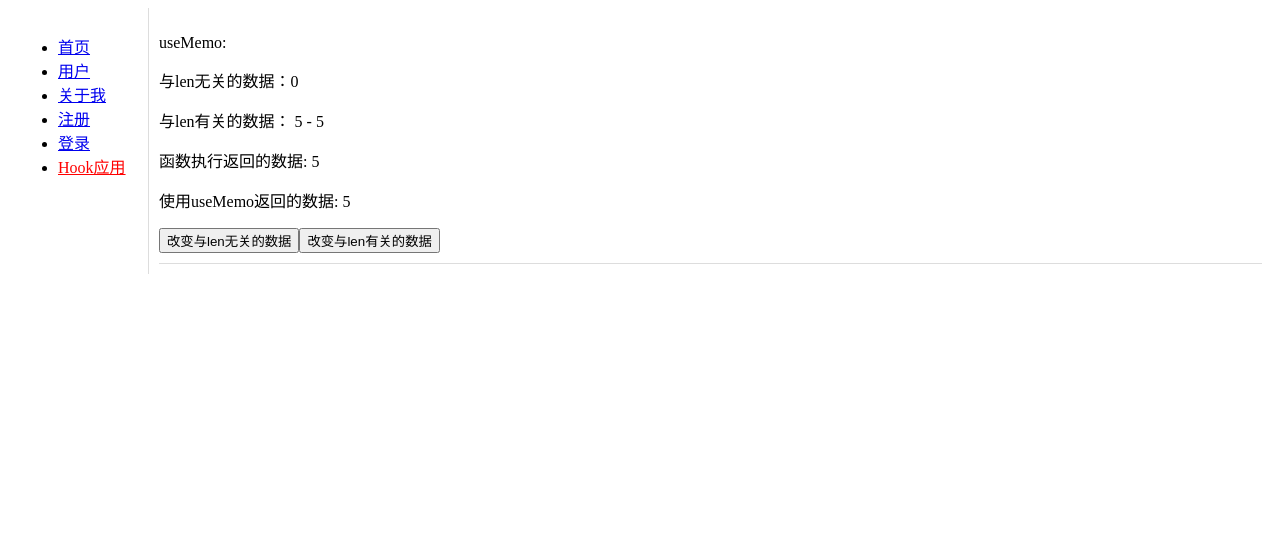
Repository: shellingfordly/js-library-Demo
Page: /hook (app in demo/react/demo/)
These files come from the project's save history. The page is drawn as it stood at one moment and after the next save; the edit follows.
The browser window is 1280 px wide. The pictures show the whole page.
The project was rebuilt for these pictures with package versions that can differ from the ones it lists, and the page was loaded fresh each time. Also part of the build but not shown: demo/react/demo/src/views/home/components/UseReducer.js, demo/react/demo/src/views/home/components/SetTimeout.js, demo/react/demo/src/views/home/hook/context.js, demo/react/demo/src/views/home/components/context/useContext.js, demo/react/demo/src/views/home/components/context/contextType.js, demo/react/demo/src/views/home/components/context/consumer.js, demo/react/demo/src/views/home/utils/highComponent.js, demo/react/demo/src/views/home/Home.js and 12 more.

Above is the page before, as saved 2021-01-18 08:33:10.

### demo/react/demo/src/index.js
import React from 'react';
import ReactDOM from 'react-dom';
import './index.css';
import App from './App';
import reportWebVitals from './reportWebVitals';
import {BrowserRouter as Route} from 'react-router-dom'

ReactDOM.render(
  <React.StrictMode>
    <Route>
      <App />
    </Route>
  </React.StrictMode>,
  document.getElementById('root')
);

// If you want to start measuring performance in your app, pass a function
// to log results (for example: reportWebVitals(console.log))
// or send to an analytics endpoint. Learn more: https://bit.ly/CRA-vitals
reportWebVitals();

### demo/react/demo/src/App.js

import './App.scss'
import { Component } from 'react'
import { NavLink, Route, Switch, Redirect } from 'react-router-dom'
import Home from './views/home/Home'
import About from './views/about/About'
import Register from './views/Register'
import User from './views/User'
import Login from './views/Login'
import store from './store'
import { userLogout } from './store/actions'
import Hook from './views/HookComponent'

export default class App extends Component {

  state = {
    isShow: false
  }

  componentDidMount() {
    store.subscribe(() => {
      const data = store.getState()
      this.setState({ isShow: data.isLogin })
    })
  }

  logout = () => {
    store.dispatch(userLogout())
  }


  render() {

    return (
      <div className="app">
        <div className="nav">
          <ul>
            <li>
              <NavLink to='/home'>首页</NavLink>
            </li>
            <li>
          <NavLink to='/user'>用户</NavLink>
            </li>
            <li>
          <NavLink to='/about'>关于我</NavLink>
            </li>
            <li>
          <NavLink to='/register'>注册</NavLink>
            </li>
            <li>
          <NavLink to='/login'>登录</NavLink>
            </li>
            <li>
          <NavLink to='/hook'>Hook应用</NavLink>
            </li>
          </ul>

        </div>
        <div className="content">
          <Switch>
            <Route path="/home" component={Home}></Route>
            <Route path="/user" component={User}></Route>
            <Route path="/about" component={About}></Route>
            <Route path="/register" component={Register}></Route>
            <Route path="/login" component={Login}></Route>
            <Route path="/hook" component={Hook}></Route>
            <Redirect to="/login"></Redirect>
          </Switch>
        </div>
      </div>


    )
  }
};

### demo/react/demo/src/App.scss
.app {
  // width: 80%;
  margin: auto;
  display: flex;

  .nav {
    width: 120px;
    padding: 10px;
    border-right: 1px solid #ddd;

    a {
      display: inline;
      width: 100%;
    }

    .active {
      color: red;
    }
  }

  .content {
    flex:1;
    padding: 10px;
    // display: flex;
    // justify-content: space-around;

    .login {
      .label {
        display: inline-block;
        width: 70px;
      }
      .btn {
        padding-top: 10px;
        text-align: center;

        button:first-child {
          margin-right: 10px;
        }
      }
    }
  }
}

.show {
  display: block;
}
.hide {
  display: none;
}

.b-line {
  padding-bottom: 10px;
  border-bottom: 1px solid #ddd;
}

### demo/react/demo/src/store/index.js
import {createStore, applyMiddleware}  from 'redux'
import thunk from 'redux-thunk'
import  rootReducer from './combineReducer'

export default createStore(rootReducer, applyMiddleware(thunk))

### demo/react/demo/src/store/actions.js
export function saveUser(data){
  return {
    type: 'SAVE',
    data
  }
}

export function getUser(data){
  return {
    type: 'GET',
    data
  }
}

export function userLogin(){
  return {
    type: 'LOGIN',
  }
}

export function userLogout(){
  return {
    type: 'LOGOUT',
  }
}

### demo/react/demo/src/views/HookComponent/index.js

import UseMemoComponent from './components/useMemo'

export default function HookComponent() {
  return (
    <div>
      <div className="b-line">
        <p>useMemo: </p>
        <UseMemoComponent />
      </div>
    </div>
  )
}

### demo/react/demo/src/store/combineReducer.js
import { combineReducers } from 'redux';

import * as reducer from './reducer';


const rootReducer = combineReducers({
  ...reducer
})

export default rootReducer;

### demo/react/demo/src/views/HookComponent/components/useMemo.js
import { useMemo, useState } from 'react'

export default function UseMemoComponent() {
  let [len, setLen] = useState(5)
  let [other, setOther] = useState(0)

  const memoData = useMemo(() => {
    console.log("memoData");
    let count = 0
    for (let i = 1; i <= len; i++) {
      count++
    }
    return count
  }, [len])

  function fnData() {
    console.log("fnData");
    let count = 0
    for (let i = 1; i <= len; i++) {
      count++
    }
    return count
  }

  return (
    <div>
      <p>与len无关的数据：{other} </p>
      <p> 与len有关的数据： {fnData()} - {memoData}</p>
      <p>函数执行返回的数据: {fnData()}</p>
      <p>使用useMemo返回的数据: {memoData}</p>
      <button onClick={() => { setOther(other++) }}>改变与len无关的数据</button>
      <button onClick={() => { setLen(len++) }}>改变与len有关的数据</button>
    </div>
  )
}

### demo/react/demo/src/store/reducer.js
const user_info = {
  username: '',
  password: '',
}

export function user(state = user_info, actions) {
  switch (actions.type) {
    case "SAVE":
      localStorage.setItem('user_info', JSON.stringify(actions.data))
      return { status: true, msg: '登录成功！' }
    case "GET":
      const hasUser = localStorage.getItem('user_info')
      if (hasUser) return { status: true, data: user, msg: '已登录！' }
      else return { status: false, msg: '未登录！' }
    default: return state
  }
}


export function isLogin(state = false, actions) {
  const hasUser = localStorage.getItem('user_info')
  switch (actions.type) {
    case "LOGIN":
      if (hasUser) return true
      else return false
    case "LOGOUT":
      if (hasUser) localStorage.removeItem('user_info')
      return false
    default: return state
  }
}

Loaded but not shown: demo/react/demo/public/index.html (common file); demo/react/demo/src/reportWebVitals.js (common file); demo/react/demo/src/index.css (no stored copy; drawn as an empty file)

After the next save:
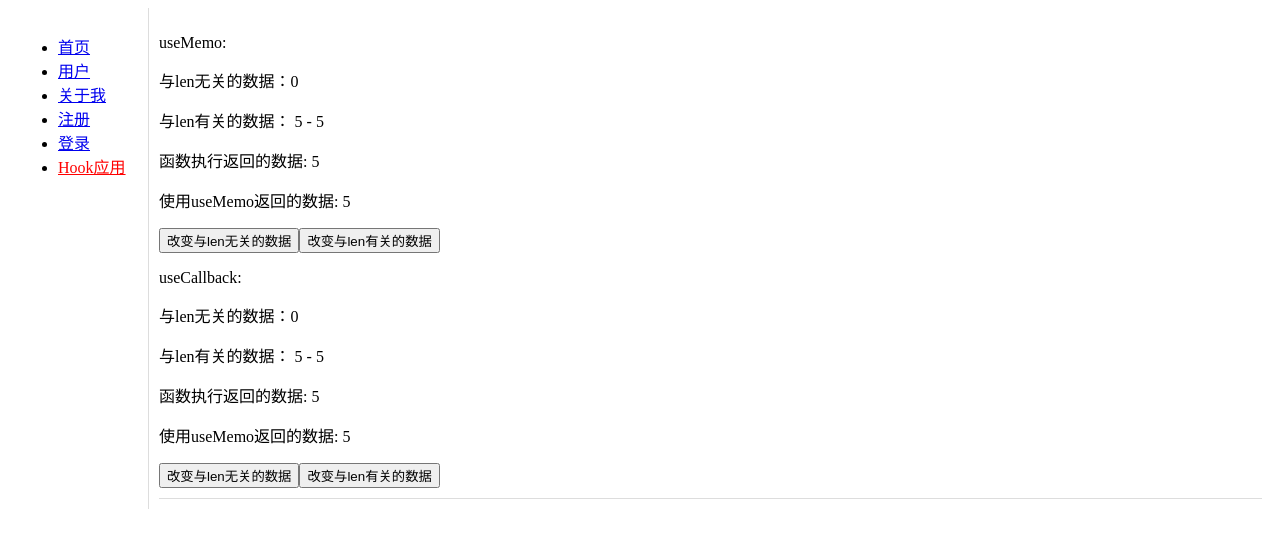
Saved 22 s later.
--- a/demo/react/demo/src/views/HookComponent/index.js
+++ b/demo/react/demo/src/views/HookComponent/index.js
@@ -1,5 +1,6 @@
 
 import UseMemoComponent from './components/useMemo'
+import UseCallbackComponent from './components/useMemo'
 
 export default function HookComponent() {
   return (
@@ -7,6 +8,8 @@ export default function HookComponent() {
       <div className="b-line">
         <p>useMemo: </p>
         <UseMemoComponent />
+        <p>useCallback:</p>
+        <UseCallbackComponent />
       </div>
     </div>
   )
